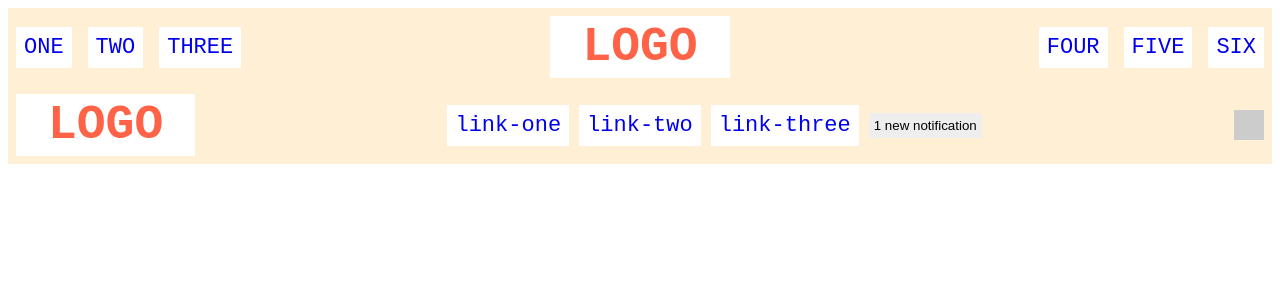
Repository: HeliosAI9/First-test-website
Page: mywebsite/html-boilerplate/pages/flex.html
The author's editor kept a copy of each file at every save. The page is drawn from the files as they stood at one save, then again after the next save.
The browser window is 1280 px wide. The pictures show the whole page.

Above is the page before, as saved 2023-06-02 02:34:02.

After the next save:
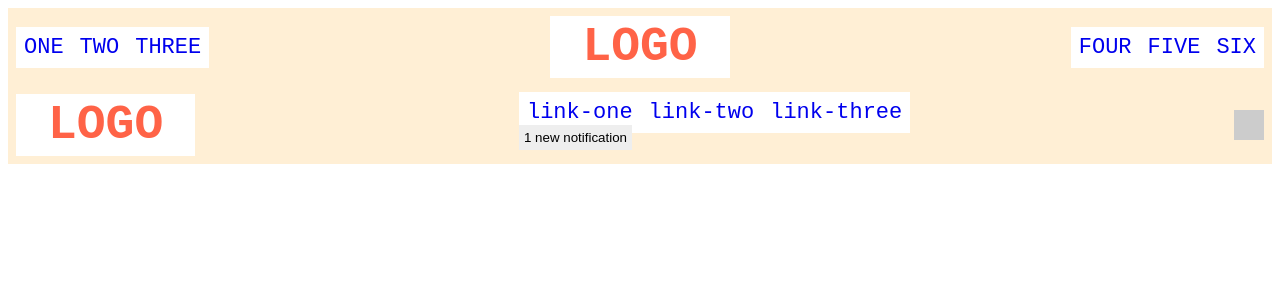
Saved 6 min 1 s later.
--- a/mywebsite/html-boilerplate/css/flex.css
+++ b/mywebsite/html-boilerplate/css/flex.css
@@ -1,6 +1,10 @@
-.header  {
-    font-family: monospace;
+.header {
+    display: flex;
+    justify-content: space-between;
+    align-items: center;
     background: papayawhip;
+    padding: 8px;
+    font-family: 'Besley', monospace;
   }
 
   .logo {
@@ -12,51 +16,17 @@
   }
 
   ul {
-    /* this removes the dots on the list items*/
     list-style-type: none;
+    display: flex;
+    margin: 0;
+    padding: 0;
   }
 
   a {
     font-size: 22px;
     background: white;
     padding: 8px;
-    /* this removes the line under the links */
     text-decoration: none;
-  }
-
-  .header {
-    padding: 8px;
-    display: flex;
-    align-items: center;
-    justify-content: space-between;
-  }
-
-  ul {
-    display: flex;
-    margin: 0;
-    padding: 0;
-    gap: 8px;
-  }
-
-  .header {
-    display: flex;
-    align-items: center;
-    justify-content: space-between;
-    padding: 10px;
-  }
-
-  .nav {
-    display: flex;
-    align-items: center;
-    gap: 10px;
-  }
-
-  .links {
-    list-style: none;
-    margin: 0;
-    padding: 0;
-    display: flex;
-    gap: 10px;
   }
 
   .notifications {
@@ -70,26 +40,3 @@
     height: 30px;
     background-color: #ccc;
   }
-
-  /* this is some magical font-importing.
-you'll learn about it later. */
-@import url('https://fonts.googleapis.com/css2?family=Besley:ital,wght@0,400;1,900&display=swap');
-
-.header {
-    display: flex;
-    justify-content: space-between;
-    padding: 8px;
-  }
-
-  ul {
-    display: flex;
-    margin: 0;
-    padding: 0;
-    gap: 16px;
-  }
-
-  .left, .right {
-    display: flex;
-    align-items: center;
-    gap: 16px;
-  }
